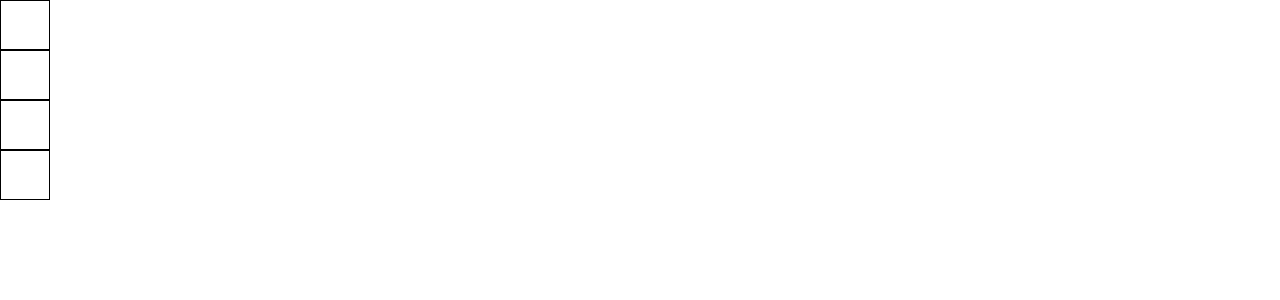
Repository: wisdomphamdev/flex-box
Page: index.html
An editor plug-in stored every save of this project. The page is shown before and after a run of saves, followed by the edit.
The browser window is 1280 px wide. The pictures show the whole page.

Above is the page before, as saved 2024-06-10 20:57:00.

### index.html
<!DOCTYPE html>
<html lang="en">
<head>
    <meta charset="UTF-8">
    <meta name="viewport" content="width=device-width, initial-scale=1.0">
    <title>Document</title>
    <link rel="stylesheet" href="style.css">
</head>
<body>
    <div class="container">
        <div class="item"></div>
        <div class="item"></div>
        <div class="item"></div>
        <div class="item"></div>
    </div>
</body>
</html>

### style.css
*{
    padding: 0;
    margin: 0;
    box-sizing: border-box;
}

.item{
    height: 50px;
    width: 50px;
    border: 1px solid #000;
    background: ;
}

After the next 2 saves:
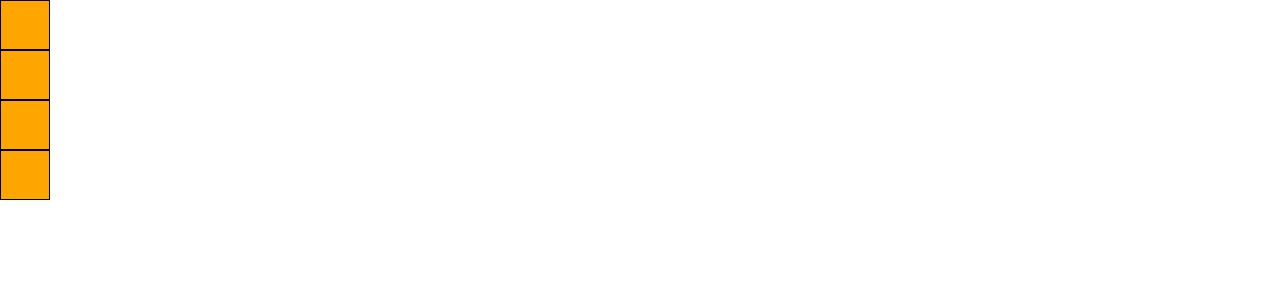
The 2 saves are shown as one change because they came seconds apart.
The last was saved 6 s later.
--- a/style.css
+++ b/style.css
@@ -8,5 +8,5 @@
     height: 50px;
     width: 50px;
     border: 1px solid #000;
-    background: ;
+    background: orange;
 }
